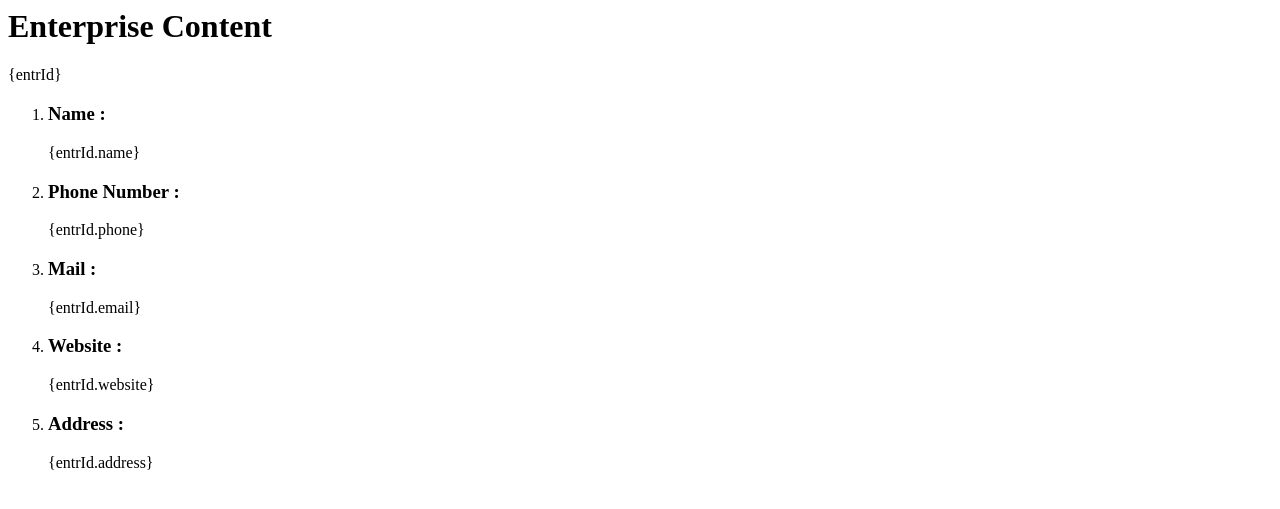
Repository: afif-dhaw/extension-builder
Page: extensions/formation/Resources/Private/Templates/Content/Enterprise.html
These files come from the project's save history. The page is drawn as it stood at one moment and after the next save; the edit follows.
The browser window is 1280 px wide. The pictures show the whole page.

Above is the page before, as saved 2023-03-27 12:08:45.

After the next save:
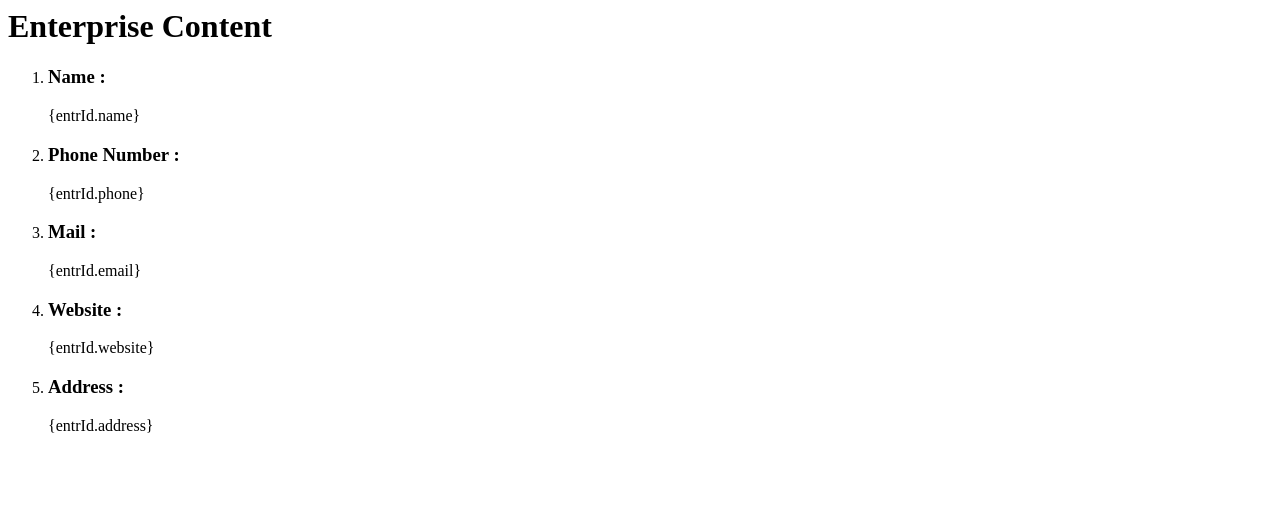
Saved 6 s later.
--- a/extensions/formation/Resources/Private/Templates/Content/Enterprise.html
+++ b/extensions/formation/Resources/Private/Templates/Content/Enterprise.html
@@ -16,7 +16,6 @@
 
 <f:section name="Main">
   <f:variable name="entrId" value="{p:enterprise(enterpriseId: enterpriseId)}"></f:variable>
-  <f:debug>{entrId}</f:debug>
   <ol>
     <li>
       <h3>Name : </h3>{entrId.name}
